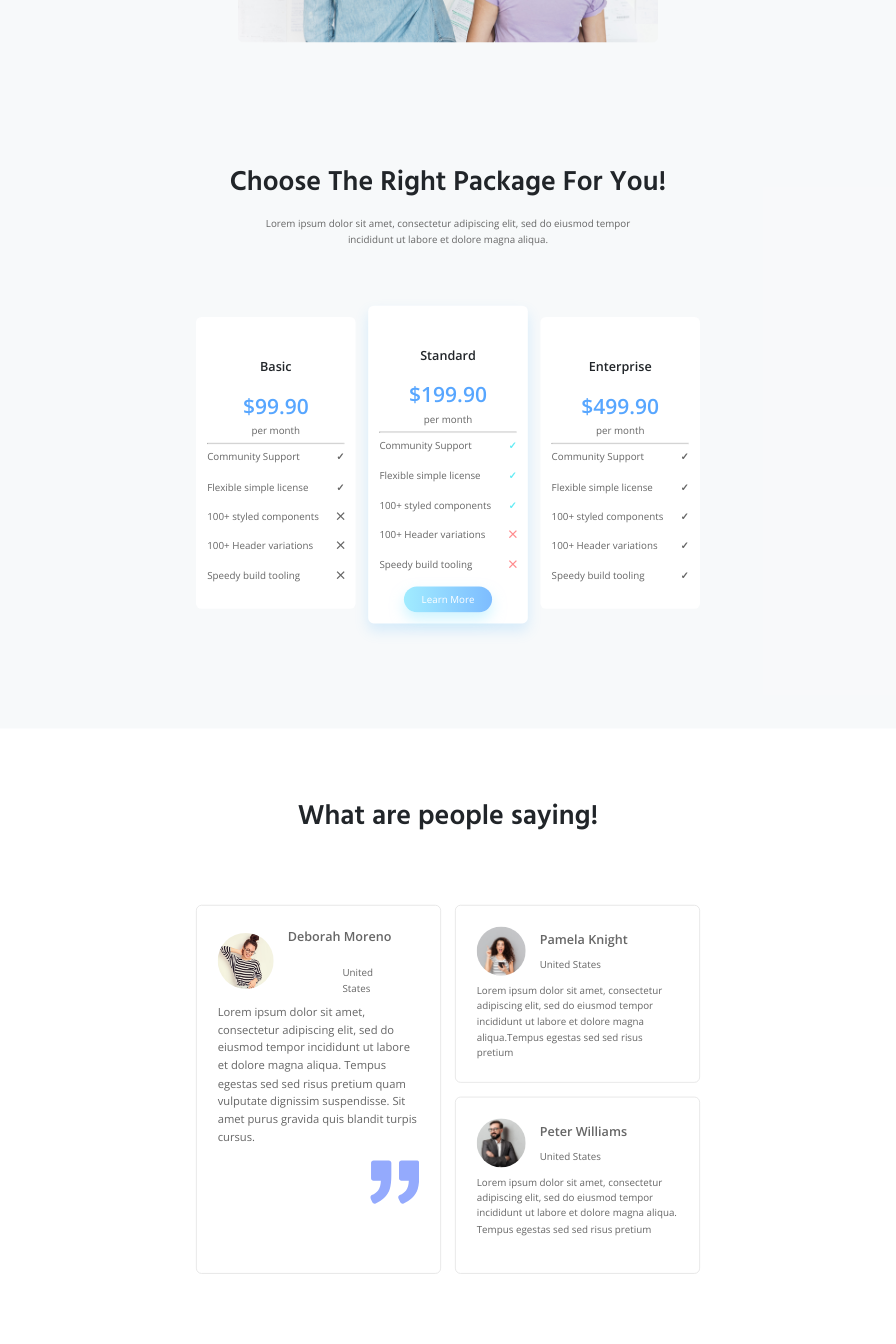
Repository: Sc-Juju/CodeRad
Page: index.html
The author's editor kept a copy of each file at every save. The page is drawn from the files as they stood at one save, then again after the next save.
The browser window is 1280 px wide. The pictures show the part of the page from y = 2274 to 4194 px (the page is 4194 px tall before and 4129 px after), at 70% of full size.

Above is the page before, as saved 2022-11-16 08:34:33.

After the next save:
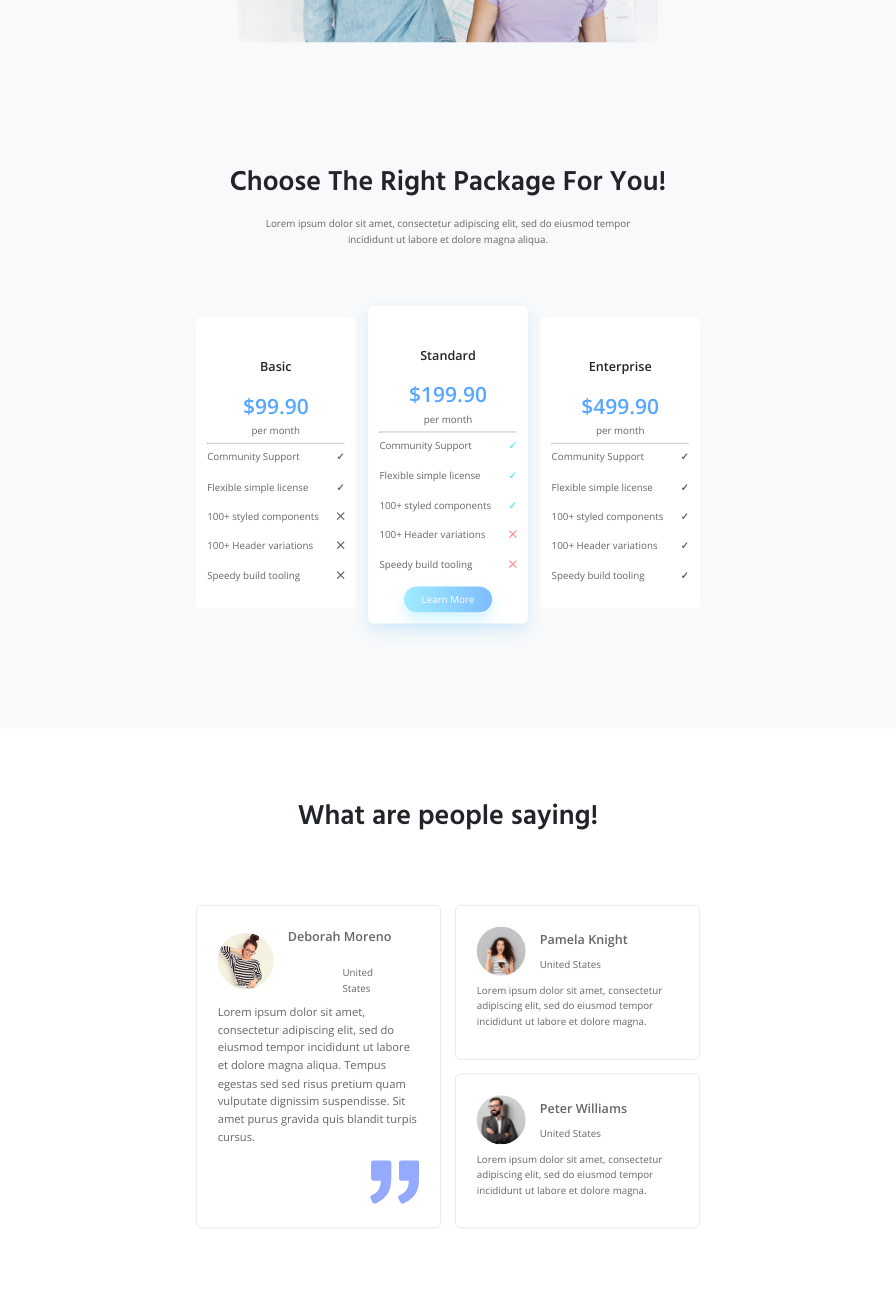
Saved 9 min 51 s later.
--- a/index.html
+++ b/index.html
@@ -346,8 +346,7 @@
 						<p>
 							Lorem ipsum dolor sit amet, consectetur adipiscing
 							elit, sed do eiusmod tempor incididunt ut labore et
-							dolore magna aliqua.Tempus egestas sed sed risus
-							pretium
+							dolore magna.
 						</p>
 					</div>
 				</div>
@@ -368,8 +367,7 @@
 						<p>
 							Lorem ipsum dolor sit amet, consectetur adipiscing
 							elit, sed do eiusmod tempor incididunt ut labore et
-							dolore magna aliqua. Tempus egestas sed sed risus
-							pretium
+							dolore magna.
 						</p>
 					</div>
 				</div>
